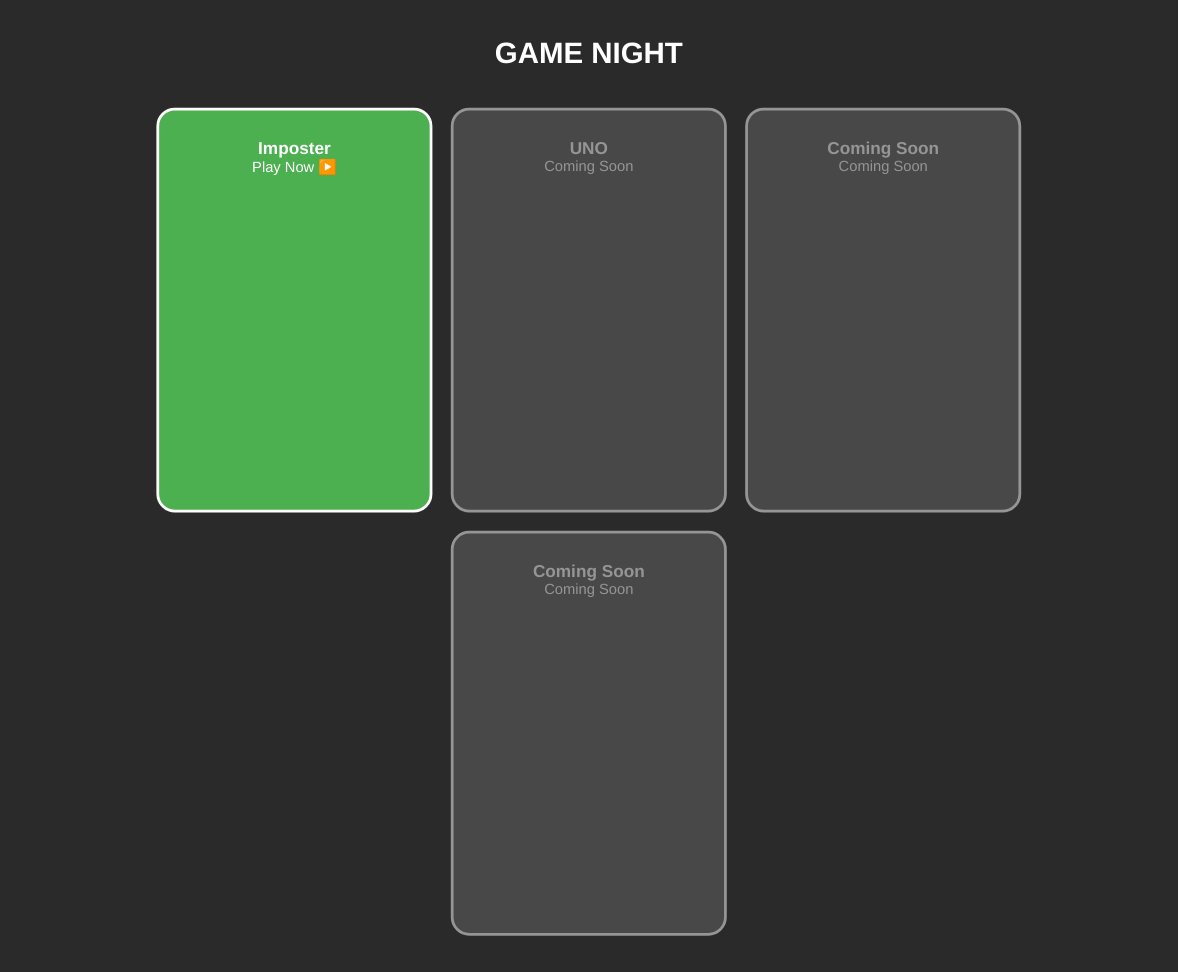
Repository: nfemmanuel/game-night-app
Page: /
The author's editor kept a copy of each file at every save. The page is drawn from the files as they stood at one save, then again after a run of saves.
The browser window is 1280 px wide. The pictures show the whole page, at 92% of full size.
The project was rebuilt for these pictures with package versions that can differ from the ones it lists, and the page was loaded fresh each time.

Above is the page before, as saved 2025-12-31 16:27:56.

### src/App.js
import './styles/global.css';
import GameCard from './components/GameCard';

function App() {
  const handleClick = (gameName) => {
    alert(`Getting ready to play ${gameName}!`);
  };

  return (
    <div style={{ padding: '40px', textAlign: 'center' }}>
      <h1>GAME NIGHT</h1>

      <div style={{
        display: 'flex',
        gap: '20px',
        justifyContent: 'center',
        marginTop: '40px',
        flexWrap: 'wrap'
      }}>
        <GameCard
          name="Imposter"
          available={true}
          onClick={() => handleClick("Imposter")}
        />
        <GameCard
          name="UNO"
          available={false}
          onClick={() => handleClick("UNO")}
        />
        <GameCard
          name="Coming Soon"
          available={false}
          onClick={() => { }}
        />
        <GameCard
          name="Coming Soon"
          available={false}
          onClick={() => { }}
        />
      </div>
    </div>
  );
}

export default App;

### src/styles/global.css
* {
    margin: 0;
    padding: 0;
    box-sizing: border-box;
}

body {
    font-family: 'Helvetica Neue', 'Arial', sans-serif;
    background-color: rgb(42, 42, 42);
    color: white;
    overflow: hidden;
}

button {
    cursor: pointer;
    border: none;
    border-radius: 5px;
    font-family: inherit;
    font-size: 1rem;
    padding: 10px 20px;
}

### src/components/GameCard.jsx
import styles from './GameCard.module.css';

function GameCard({ name, available, onClick }) {
    // Combine card + available/disabled classes
    const cardClasses = `${styles.card} ${available ? styles.available : styles.disabled}`;

    return (
        <div
            className={cardClasses}
            onClick={available ? onClick : null}
        >
            <h3>{name}</h3>
            <p>{available ? 'Play Now ▶️' : 'Coming Soon'}</p>
        </div>
    );
}

export default GameCard;

### src/components/GameCard.module.css
.card {
    width: 300px;
    height: 440px;
    padding: 30px;
    border-radius: 20px;
    border: 3px solid white;
    text-align: center;
    transition: all 0.3s ease;
}

.available {
    background-color: #4CAF50;
    color: white;
    cursor: pointer;
}

.available:hover {
    transform: scale(1.05);
    box-shadow: 0 0 20px rgba(76, 175, 80, 0.6);
}

.disabled {
    background-color: #666;
    color: white;
    cursor: not-allowed;
    opacity: 0.5;
}

Loaded but not shown: public/index.html (common file); src/index.js (common file); src/index.css (common file); src/reportWebVitals.js (common file)

After the next 2 saves:
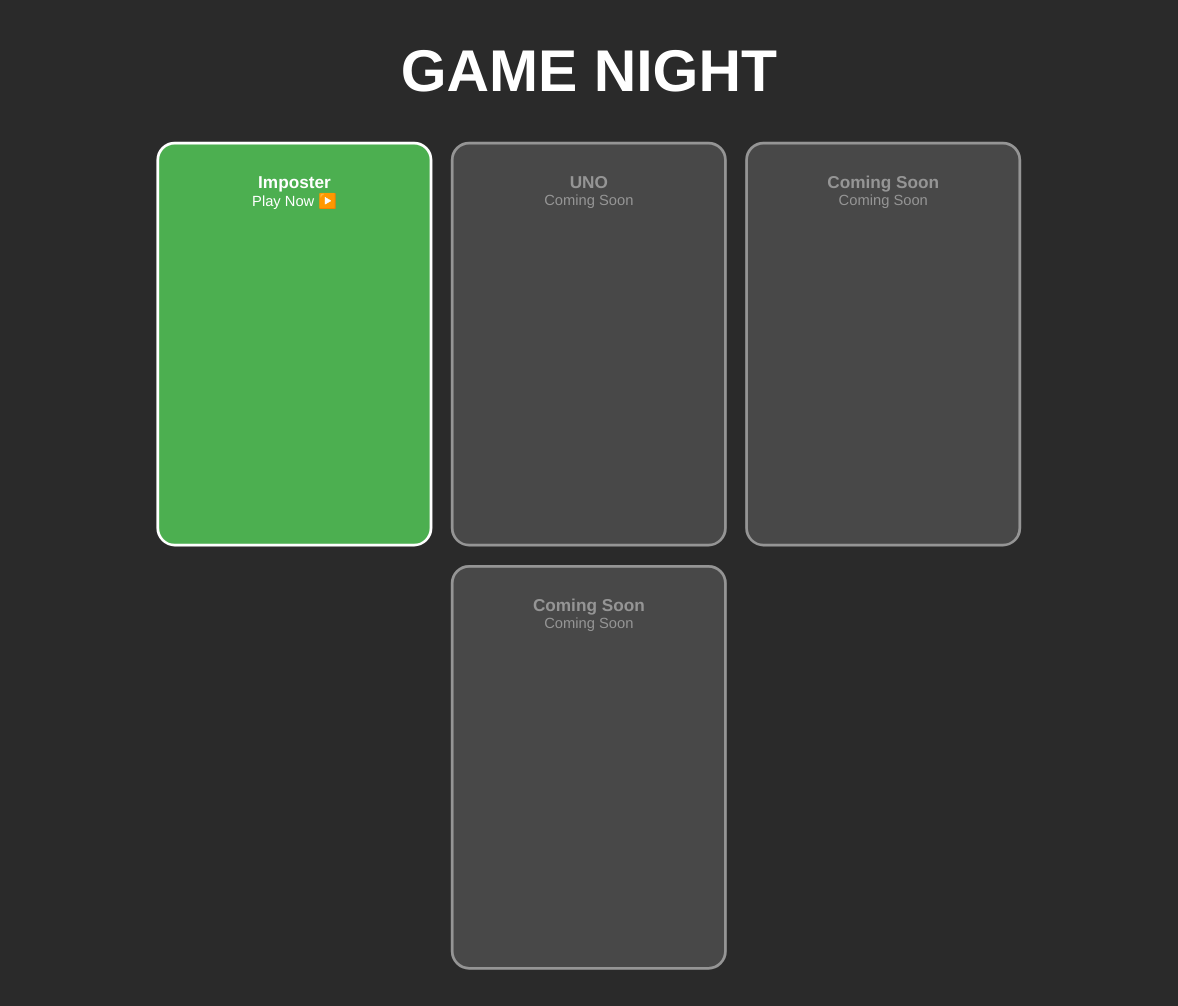
The 2 saves are shown as one change because they came seconds apart.
The last was saved 7 s later.
--- a/src/App.js
+++ b/src/App.js
@@ -8,7 +8,7 @@ function App() {
 
   return (
     <div style={{ padding: '40px', textAlign: 'center' }}>
-      <h1>GAME NIGHT</h1>
+      <h1 style={{ fontSize: '4rem' }}>GAME NIGHT</h1>
 
       <div style={{
         display: 'flex',
